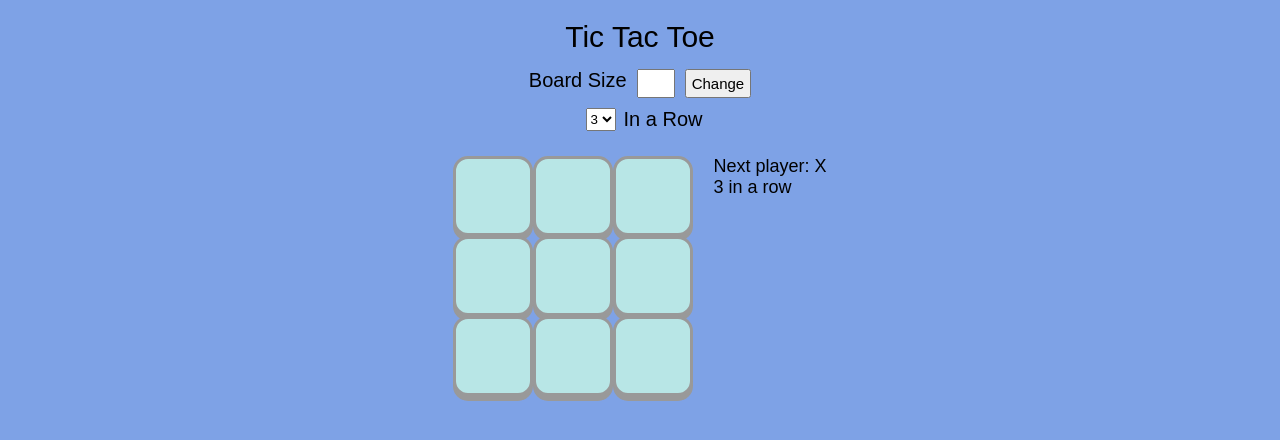
Repository: yshong211/tic-tac-toe-0708
Page: /
The author's editor kept a copy of each file at every save. The page is drawn from the files as they stood at one save, then again after a run of saves.
The browser window is 1280 px wide. The pictures show the whole page.
The project was rebuilt for these pictures with package versions that can differ from the ones it lists, and the page was loaded fresh each time.

Above is the page before, as saved 2020-07-09 10:46:10.

### src/index.jsx
import React from 'react';
import ReactDOM from 'react-dom';
import './index.css';
import GetDim from './components/getDim/getDim';

// ========================================

// renders the game component to element

ReactDOM.render(<GetDim />, document.getElementById('root'));

### src/index.css
body {
  font: 18px 'Century Gothic', Futura, sans-serif; /* size, font */
  margin: 20px; /* space outside of border */
  background-color: rgb(126, 162, 230);
}

form {
  margin-bottom: 20px;
}

ol,
ul {
  padding-left: 30px; /* space b/t left border to content */
}

.board-row:after {
  clear: both;
  content: '';
  display: table;
}

.status {
  margin-bottom: 10px;
}


.square:focus {
  outline: none;
}

.kbd-navigation .square:focus {
  background: #ddd;
}

### src/components/getDim/getDim.jsx
import React from 'react';
import Game from '../game/game';
import './getDim.css';

export default class GetDim extends React.Component {
  constructor(props) {
    super(props);
    this.state = { rows: 3, winning: 3, board: [] };
    this.handleInputChange = this.handleInputChange.bind(this);
    this.handleClick = this.handleClick.bind(this);
  }

  handleInputChange(event) {
    const value = event.target.value;
    const name = event.target.name;
    this.setState({
      [name]: value,
    });
  }

  handleClick(e) {
    e.preventDefault();
    if (window.confirm('It will refresh the game! Continue?')) {
      if (this.refs.rows.value < 3 || this.refs.rows.value > 10) {
        alert('3-10 only');
      } else {
        this.setState({
          rows: this.refs.rows.value,
          board: [],
        });
      }
    }
  }

  how_many(rows) {
    let how = [];
    for (let i = 3; i <= rows; i++) {
      how.push(<option value={i}>{i}</option>);
    }
    return how;
  }

  render() {
    return (
      <div className="submission">
        <div className="game_name">Tic Tac Toe</div>
        <form>
          <label className="size">
            Board Size
            <br />
            <input ref="rows" type="number" />
            <button
              className="submit"
              onClick={(e) => {
                this.handleClick(e);
              }}
            >
              Change
            </button>
          </label>
        </form>

        <label className="win">
          <select
            className="win_select"
            name="winning"
            value={this.state.winning}
            onChange={this.handleInputChange}
          >
            {this.how_many(this.state.rows)}
          </select>
          In a Row
          <br />
        </label>

        <Game
          rows={parseInt(this.state.winning)}
          board_rows={parseInt(this.state.rows)}
          board={this.state.board}
        />
      </div>
    );
  }
}

### src/components/game/game.jsx
import React from 'react';
import Board from '../board/board';
import './game.css';

export default class Game extends React.Component {
  constructor(props) {
    super(props);
    this.state = {
      history: [], // track the last index
      stepNumber: 0, // count var
      xIsNext: true,
    };
  }

  hor(squares, row_length, count, x, o) {
    let index = 0;
    for (let i = 0; i < this.props.board_rows; i++) {
      for (let j = 0; j < this.props.board_rows; j++) {
        if (squares[index] === 'X') {
          x++;
          o = 0;
          count++;
        } else if (squares[index] === 'O') {
          o++;
          x = 0;
          count++;
        } else {
          count = 0;
        }
        index++;
        if (o >= row_length && count >= row_length) {
          return 'O';
        }
        if (x >= row_length && count >= row_length) {
          return 'X';
        }
      }
      x = 0;
      o = 0;
    }
  }

  vert(squares, row_length, count, x, o) {
    for (let i = 0; i < this.props.board_rows; i++) {
      for (
        let j = i;
        j < this.props.board_rows ** 2;
        j += this.props.board_rows
      ) {
        if (squares[j] === 'X') {
          x++;
          o = 0;
          count++;
        } else if (squares[j] === 'O') {
          o++;
          x = 0;
          count++;
        } else {
          count = 0;
        }
        if (o >= row_length && count >= row_length) {
          return 'O';
        }
        if (x >= row_length && count >= row_length) {
          return 'X';
        }
      }
      x = 0;
      o = 0;
    }
  }

  cross(squares, row_length, count, x, o) {
    //let track = 1;
    //let rows = this.props.board_rows;
    for (let i = row_length - 1; i < row_length ** 2 - 1; i += row_length - 1) {
      if (squares[i] === 'X') {
        x++;
      }
      if (squares[i] === 'O') {
        o++;
      }
      count++;
    }
    if (o === row_length) {
      return 'O';
    }
    if (x === row_length) {
      return 'X';
    }
    o = 0;
    x = 0;

    for (let j = row_length - 1; j < row_length ** 2 - 1; j += row_length - 1) {
      if (squares[j] === 'X') {
        x++;
      }
      if (squares[j] === 'O') {
        o++;
      }
      count++;
    }
    if (o === row_length) {
      return 'O';
    }
    if (x === row_length) {
      return 'X';
    }
    o = 0;
    x = 0;
  }

  calculateWinner(squares, rows) {
    const count = 0;
    const x = 0;
    const o = 0;
    if (
      this.hor(squares, rows, count, x, o) === 'O' ||
      this.hor(squares, rows, count, x, o) === 'X'
    ) {
      return this.hor(squares, rows, count, x, o);
    } else if (
      this.vert(squares, rows, count, x, o) === 'O' ||
      this.vert(squares, rows, count, x, o) === 'X'
    ) {
      return this.vert(squares, rows, count, x, o);
    } else if (
      this.cross(squares, rows, count, x, o) === 'O' ||
      this.cross(squares, rows, count, x, o) === 'X'
    ) {
      return this.cross(squares, rows, count, x, o);
    }

    return null;
  }

  handleClick(i) {
    const hist = this.state.history;
    const squares = this.props.board;
    const rows = this.props.rows;
    if (this.calculateWinner(squares, rows) || squares[i]) {
      // ends the game
      return;
    }
    squares[i] = this.state.xIsNext ? 'X' : 'O';
    hist.push(i);
    this.setState({
      board: squares,
      history: hist,
      stepNumber: this.state.history.length,
      xIsNext: !this.state.xIsNext, // changes turn
    });
  }

  jumpTo(history, board, step) {
    for (let i = history.length - 1; i >= step; i--) {
      board[history.pop()] = null;
    }
    this.setState({
      stepNumber: step,
      xIsNext: step % 2 === 0,
    });
  }

  render() {
    const board = this.props.board;
    const history = this.state.history;
    const rows = this.props.rows;
    const winner = this.calculateWinner(board, rows);
    const moves = history.map((step, move) => {
      const desc = move ? 'Go to move #' + move : 'Refresh';

      return (
        <li key={move}>
          <button onClick={() => this.jumpTo(history, board, move)}>
            {desc}
          </button>
        </li>
      );
    });

    let status;
    winner
      ? (status = 'Winner: ' + winner)
      : (status = 'Next player: ' + (this.state.xIsNext ? 'X' : 'O'));

    return (
      <div className="game">
        <div className="game-board">
          <Board
            rows={this.props.board_rows}
            squares={board}
            onClick={(i) => this.handleClick(i)}
          />
        </div>
        <div className="game-info">
          <div>{status}</div>
          <div>{rows} in a row</div>
          <ol>{moves}</ol>
        </div>
      </div>
    );
  }
}

### src/components/getDim/getDim.css
input {
  margin-left: 10px;
  width: 30px;
  height: 23px;
}
select {
  margin-left: 8px;
}
form {
  margin-bottom: 10px;
}
.game_name {
  font-size:30px;
  text-align: center;
  margin-bottom:15px;

}
.submit {
  margin-left: 10px;
  padding: 3px 5px;
  font-size: 15px;

}
.size {
  display: flex;
  font-size: 20px;
  justify-content: center;
}
.win {
  display: flex;
  font-size: 20px;
  justify-content: center;
  align-content: flex-start;
  padding: 0px;
  /*margin-top: 5px;*/
}
.win_select {
  margin-right: 8px;
}

### src/components/board/board.jsx
import React from 'react';
import Square from '../square/square';

export default class Board extends React.Component {
  renderSquare(i) {
    return (
      <Square
        value={this.props.squares[i]}
        onClick={() => this.props.onClick(i)}
      />
    );
  }
  create_rq(start, end) {
    let rows = [];
    for (let i = start; i < end; i++) {
      rows.push(this.renderSquare(i));
    }
    return rows;
  }
  create_row(start) {
    let board_r = [];
    for (let i = 0; i < start; i++) {
      let new_r = i * start;
      let new_end = parseInt(new_r) + parseInt(start);
      board_r.push(
        <div className="board-row">{this.create_rq(new_r, new_end)}</div>
      );
    }
    return board_r;
  }
  render() {
    return <div>{this.create_row(this.props.rows)}</div>;
  }
}

### src/components/game/game.css
.game {
    margin-top: 25px;
    display: flex;
    flex-direction: row;
    justify-content: center;
  }

  .game-info {
    margin-left: 20px;
  }

### src/components/square/square.jsx
import React from 'react';
import './square.css'

export default function Square(props) {
  return (
    <button className="square" onClick={props.onClick}>
      {props.value}
    </button>
  );
}

### src/components/square/square.css
.square {
  display: inline-block;
  background: rgb(184, 230, 230);
  border: 3px solid #999;
  float: left;
  font-size: 60px;
  cursor: pointer;
  font-weight: bold;
  height: 80px;
  text-align: center;
  width: 80px;
  border-radius: 15px;
  box-shadow: 0 5px #999;
}

.square:hover {
  background-color: #c0c0e0;
}
.square:active {
  background-color: #525252;
  box-shadow: 0 5px #666;

}

Loaded but not shown: public/index.html (common file)

After the next 3 saves:
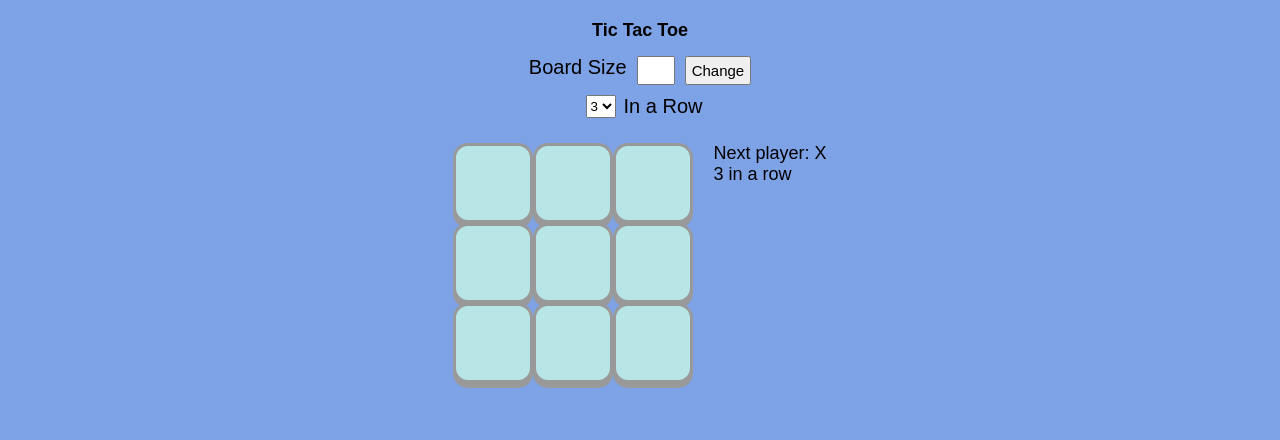
The 3 saves are shown as one change because they came seconds apart.
The last was saved 16 s later.
--- a/src/components/getDim/getDim.css
+++ b/src/components/getDim/getDim.css
@@ -10,10 +10,11 @@ form {
   margin-bottom: 10px;
 }
 .game_name {
+  font
   font-size:30px;
   text-align: center;
-  margin-bottom:15px;
-
+  margin-bottom: 15px;
+  font-weight: bold;
 }
 .submit {
   margin-left: 10px;
